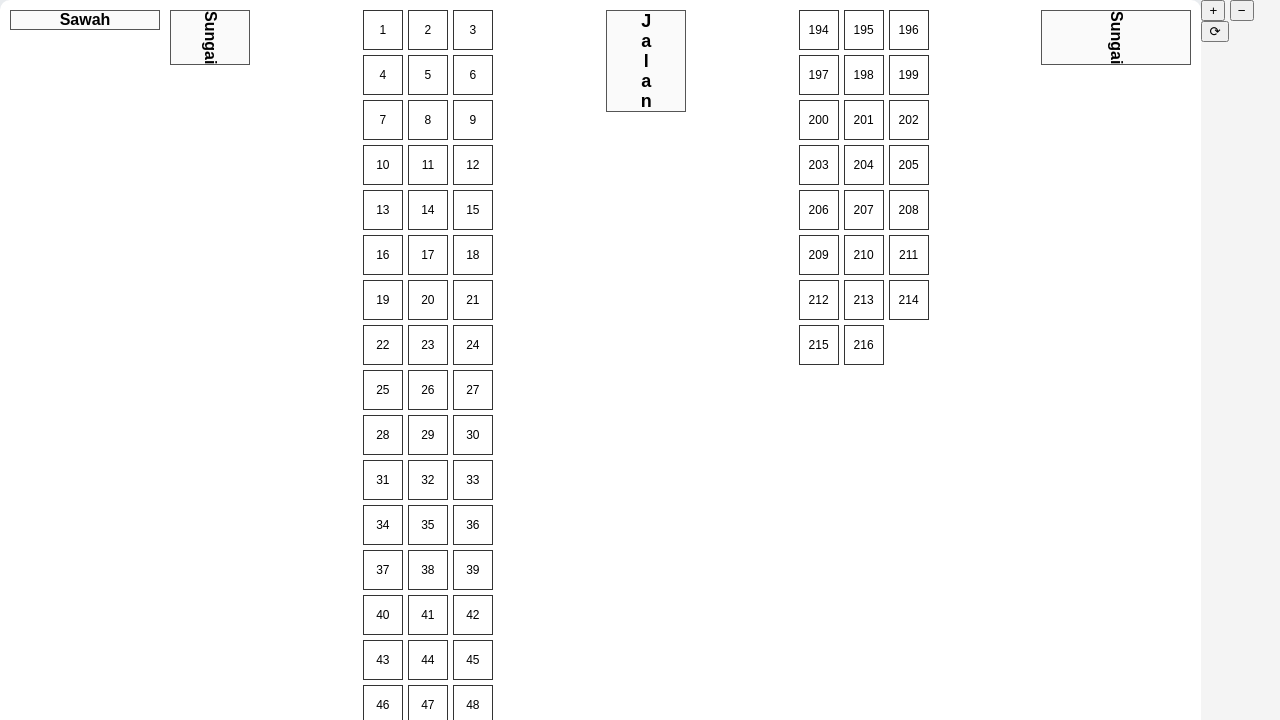
Repository: pasarrakyatbak/denah
Page: index.html
The author's editor kept a copy of each file at every save. The page is drawn from the files as they stood at one save, then again after the next save.
The browser window is 1280 px wide. The pictures show the whole page.

Above is the page before, as saved 2025-09-19 07:37:06.

After the next save:
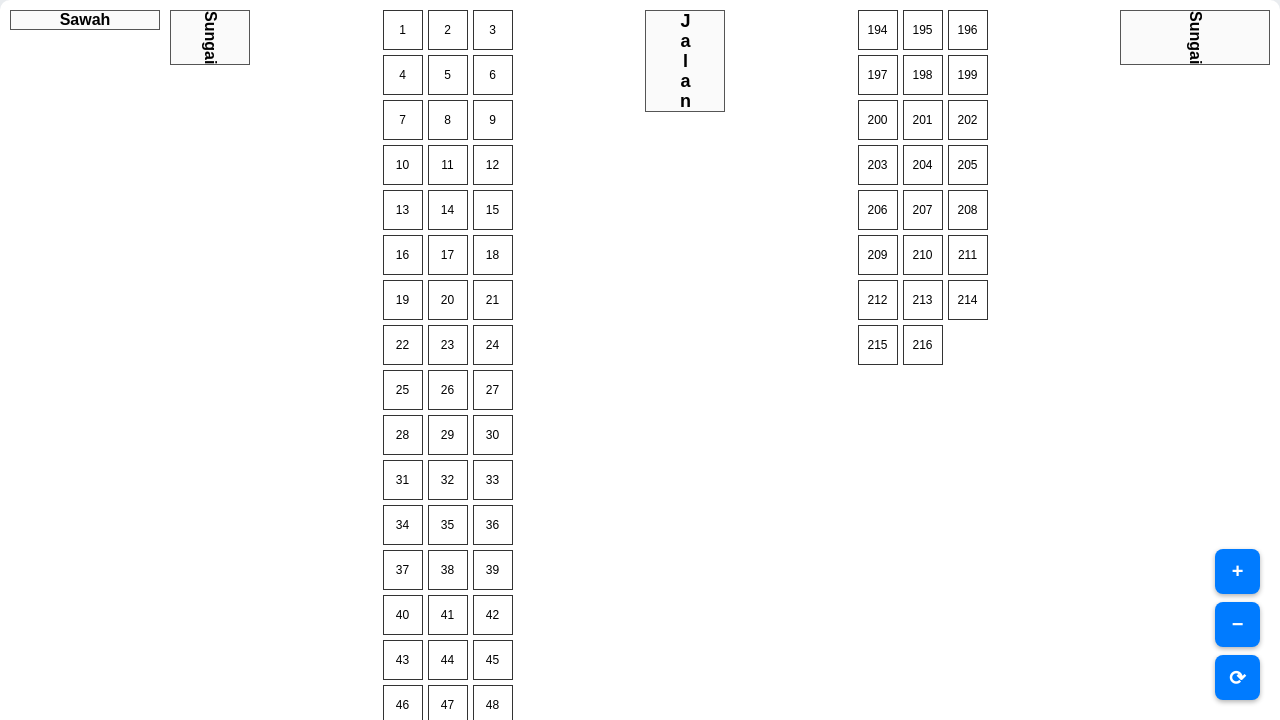
Saved 15 s later.
--- a/style.css
+++ b/style.css
@@ -110,6 +110,39 @@ body {
     cursor: pointer;
 }
 
+/* Tombol kontrol zoom */
+.zoom-controls {
+    position: fixed;
+    bottom: 20px;
+    right: 20px;
+    display: flex;
+    flex-direction: column;
+    gap: 8px;
+    z-index: 20;
+}
+
+.zoom-controls button {
+    width: 45px;
+    height: 45px;
+    font-size: 20px;
+    font-weight: bold;
+    border: none;
+    border-radius: 8px;
+    background: #007bff;
+    color: white;
+    cursor: pointer;
+    box-shadow: 0 2px 5px rgba(0, 0, 0, 0.3);
+    transition: 0.2s;
+}
+
+.zoom-controls button:hover {
+    background: #0056b3;
+}
+
+.zoom-controls button:active {
+    transform: scale(0.9);
+}
+
 /* Responsif: HP */
 @media (max-width: 600px) {
     .container {
